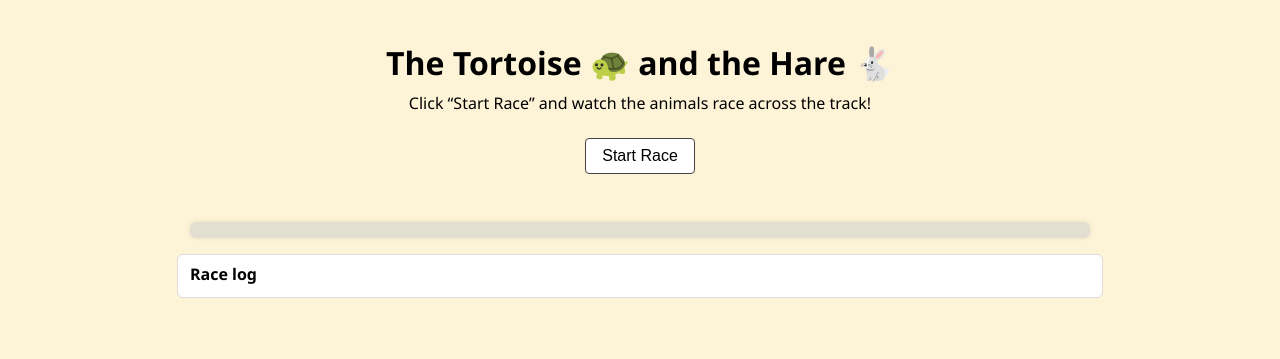
Repository: toyirovrustamshoh-web/tortoise-hare-enhanced-RomanToyirov
Page: tortoise_hare.html
These files come from the project's save history. The page is drawn as it stood at one moment and after the next save; the edit follows.
The browser window is 1280 px wide. The pictures show the whole page.

Above is the page before, as saved 2025-11-27 14:59:03.

After the next save:
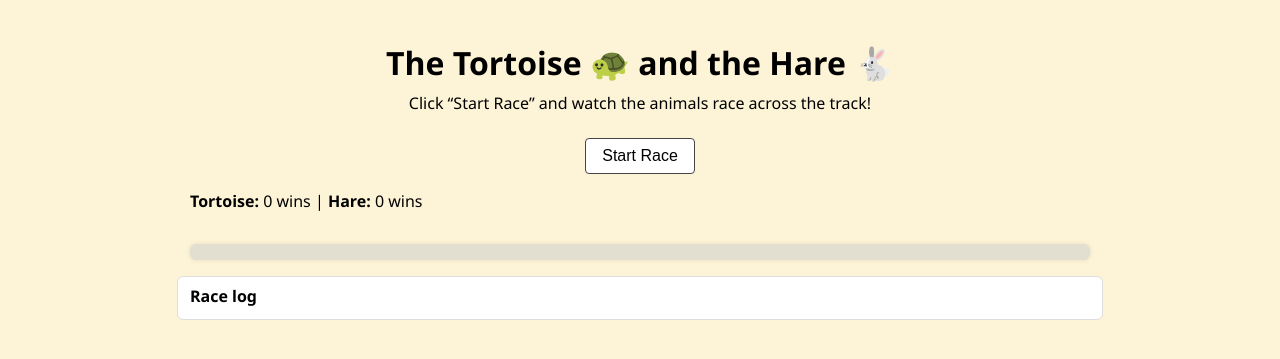
Saved 130 days later.
--- a/tortoise_hare.html
+++ b/tortoise_hare.html
@@ -1,31 +1,37 @@
-<!DOCTYPE html>
+<!doctype html>
 <html lang="en">
-  <head>
-    <meta charset="UTF-8" />
-    <title>The Tortoise and the Hare Race</title>
-    <link rel="stylesheet" href="style.css">
-    <!-- script tag for the JS file -->
-  </head>
+    <head>
+        <meta charset="UTF-8" />
+        <title>The Tortoise and the Hare Race</title>
+        <link rel="stylesheet" href="style.css" />
+        <!-- script tag for the JS file -->
+    </head>
 
-  <body>
-    <h1>The Tortoise 🐢 and the Hare 🐇</h1>
-    <p class="description">
-      Click “Start Race” and watch the animals race across the track!
-    </p>
+    <body>
+        <h1>The Tortoise 🐢 and the Hare 🐇</h1>
+        <p class="description">
+            Click “Start Race” and watch the animals race across the track!
+        </p>
 
-    <div class="controls">
-      <button id="startBtn">Start Race</button>
-    </div>
+        <div class="controls">
+            <button id="startBtn">Start Race</button>
+        </div>
 
-    <div class="track-wrapper">
-      <div id="message"></div>
-      <div id="track" class="track"></div>
-    </div>
+        <div class="track-wrapper">
+            <div id="scoreboard">
+                <strong>Tortoise:</strong>
+                <span id="tortoiseScore">0</span> wins | <strong>Hare:</strong>
+                <span id="hareScore">0</span> wins
+            </div>
 
-    <!-- We will do the log if we have time -->
-    <div id="log">
-      <h2>Race log</h2>
-      <!-- entries added here by JavaScript -->
-    </div>
-  </body>
+            <div id="message"></div>
+            <div id="track" class="track"></div>
+        </div>
+
+        <!-- We will do the log if we have time -->
+        <div id="log">
+            <h2>Race log</h2>
+            <!-- entries added here by JavaScript -->
+        </div>
+    </body>
 </html>
